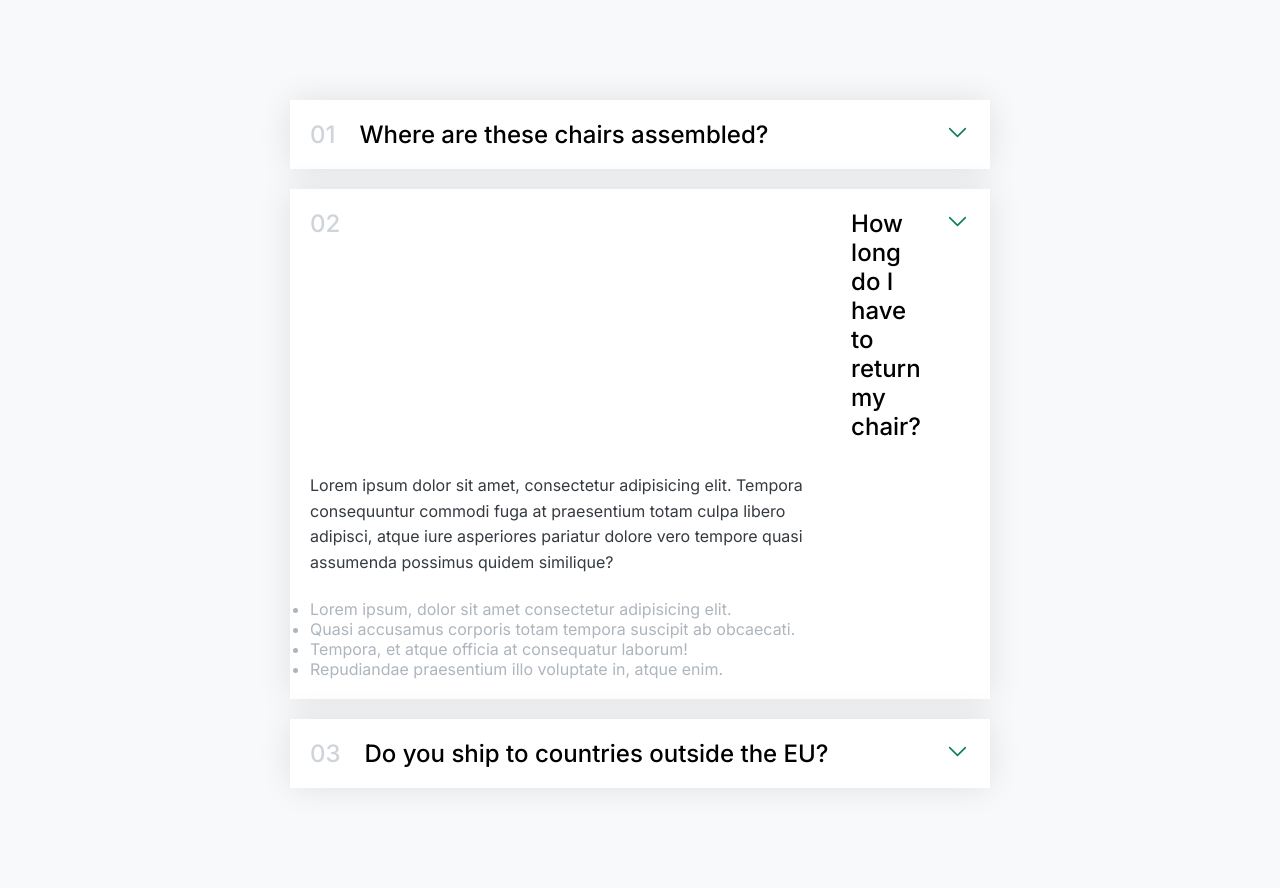
Repository: Ahmed123rezk123/06-Components
Page: accordion.html
These files come from the project's save history. The page is drawn as it stood at one moment and after the next save; the edit follows.
The browser window is 1280 px wide. The pictures show the whole page.

Above is the page before, as saved 2024-09-16 03:02:41.

### accordion.html
<!DOCTYPE html>
<html lang="en">
  <head>
    <meta charset="UTF-8" />
    <meta name="viewport" content="width=device-width, initial-scale=1.0" />
    <link rel="preconnect" href="https://fonts.gstatic.com" />
    <link
      href="https://fonts.googleapis.com/css2?family=Inter:wght@400;500;700&display=swap"
      rel="stylesheet"
    />
    <link rel="stylesheet" href="accordion.css" />
    <title>Accordion</title>
  </head>
  <body>
    <div class="accordion">
      <div class="item">
        <p class="number">01</p>
        <p class="text">Where are these chairs assembled?</p>
        <svg
          xmlns="http://www.w3.org/2000/svg"
          fill="none"
          viewBox="0 0 24 24"
          stroke-width="1.5"
          stroke="currentColor"
          class="icon"
        >
          <path
            stroke-linecap="round"
            stroke-linejoin="round"
            d="m19.5 8.25-7.5 7.5-7.5-7.5"
          />
        </svg>
      </div>
      <div class="item">
        <p class="number num2">02</p>
        <p class="text text2">How long do I have to return my chair?</p>
        <svg
          xmlns="http://www.w3.org/2000/svg"
          fill="none"
          viewBox="0 0 24 24"
          stroke-width="1.5"
          stroke="currentColor"
          class="icon icon2"
        >
          <path
            stroke-linecap="round"
            stroke-linejoin="round"
            d="m19.5 8.25-7.5 7.5-7.5-7.5"
          />
        </svg>
        <div class="hidden-box">
          <p>
            Lorem ipsum dolor sit amet, consectetur adipisicing elit. Tempora
            consequuntur commodi fuga at praesentium totam culpa libero
            adipisci, atque iure asperiores pariatur dolore vero tempore quasi
            assumenda possimus quidem similique?
          </p>
          <ul>
            <li>Lorem ipsum, dolor sit amet consectetur adipisicing elit.</li>
            <li>
              Quasi accusamus corporis totam tempora suscipit ab obcaecati.
            </li>
            <li>Tempora, et atque officia at consequatur laborum!</li>
            <li>Repudiandae praesentium illo voluptate in, atque enim.</li>
          </ul>
        </div>
      </div>
      <div class="item">
        <p class="number">03</p>
        <p class="text">Do you ship to countries outside the EU?</p>
        <svg
          xmlns="http://www.w3.org/2000/svg"
          fill="none"
          viewBox="0 0 24 24"
          stroke-width="1.5"
          stroke="currentColor"
          class="icon"
        >
          <path
            stroke-linecap="round"
            stroke-linejoin="round"
            d="m19.5 8.25-7.5 7.5-7.5-7.5"
          />
        </svg>
      </div>
    </div>
  </body>
</html>

### accordion.css
* {
  margin: 0;
  padding: 0;
  box-sizing: border-box;
}

body {
  font-family: "Inter", sans-serif;
  color: #343a40;
  /* border-bottom: 8px solid #087f5b; */
  background-color: #f8f9fa;
}
.accordion {
  width: 700px;
  margin: 100px auto;
}

.item {
  background-color: #fff;
  padding: 20px 20px;
  display: grid;
  grid-template-columns: auto 1fr auto;
  column-gap: 24px;
  row-gap: 32px;
  box-shadow: 0 0 32px rgba(0, 0, 0, 0.1);
  margin-bottom: 20px;
}
.number,
.text {
  font-size: 24px;
  font-weight: 500;
  color: #ced4da;
}
.text {
  color: #000;
}

.icon {
  width: 25px;
  color: #087f5b;
}
.hidden-box p {
  line-height: 1.6;
  margin-bottom: 24px;
}

.hidden-box ul {
  color: #adb5bd;
}

After the next save:
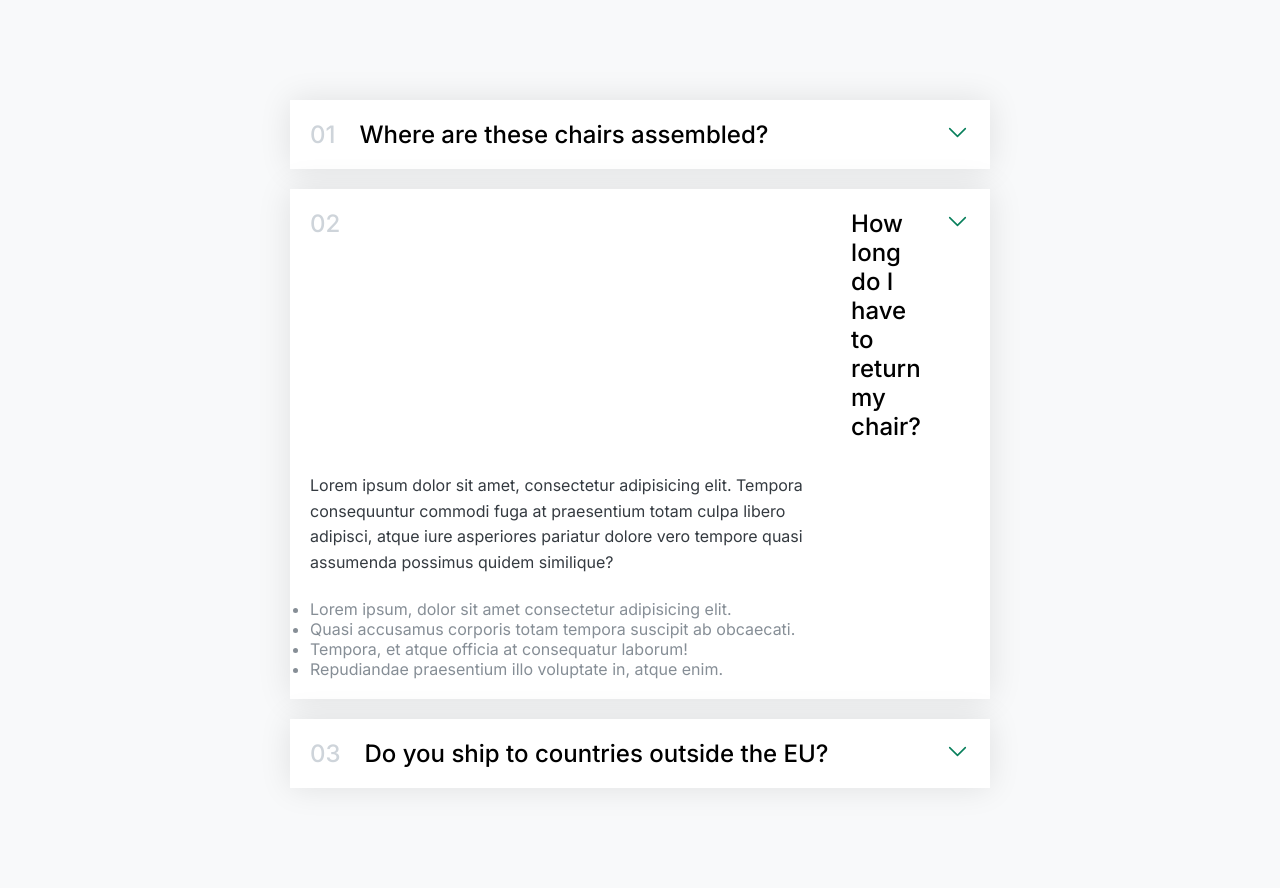
Saved 22 s later.
--- a/accordion.css
+++ b/accordion.css
@@ -45,5 +45,5 @@ body {
 }
 
 .hidden-box ul {
-  color: #adb5bd;
+  color: #868e96;
 }
